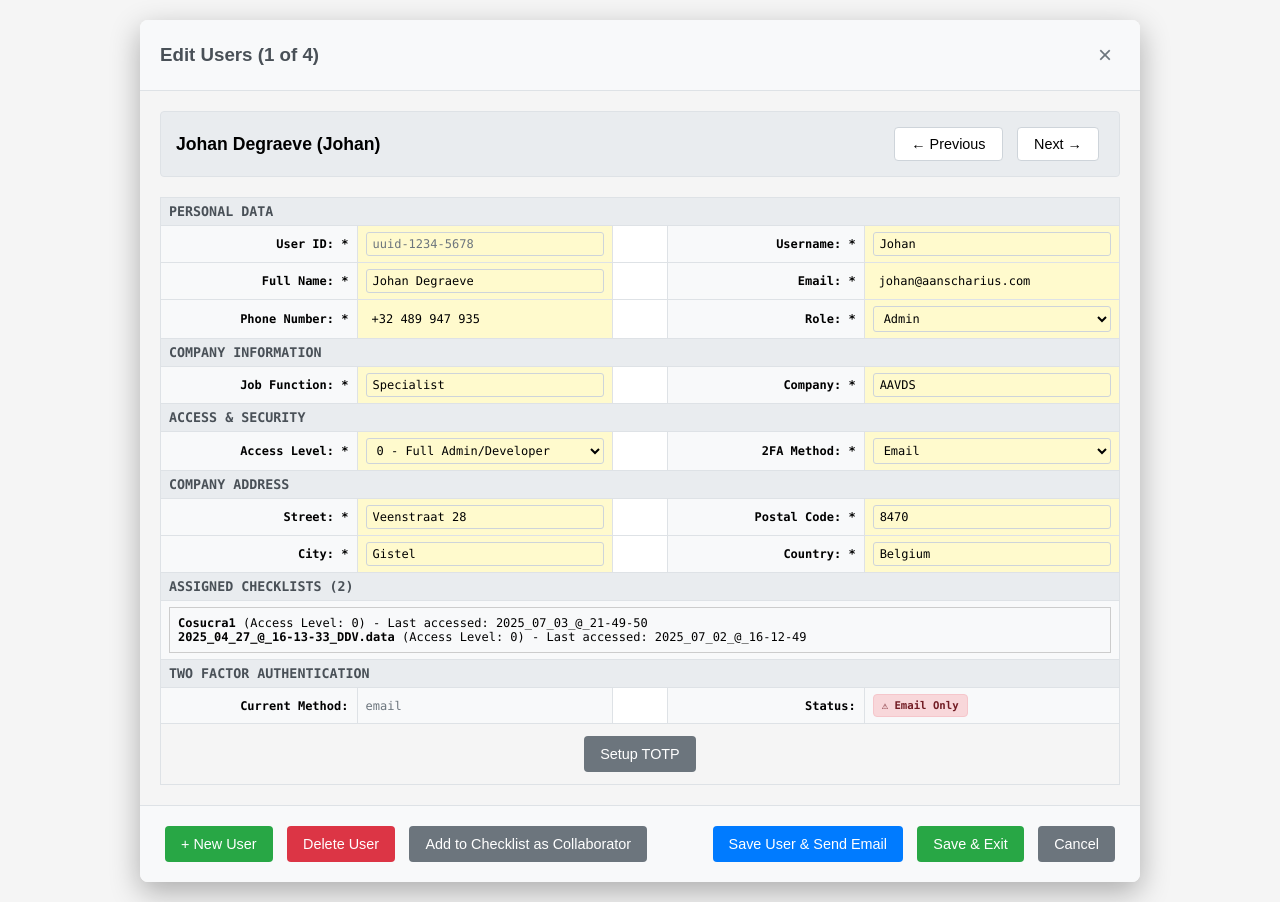
Repository: jeedee23/checklistrepo
Page: checklists/user-management-demo.html
An editor plug-in stored every save of this project. The page is shown before and after the next save, followed by the edit.
The browser window is 1280 px wide. The pictures show the whole page.

Above is the page before, as saved 2025-07-04 11:35:09.

### checklists/user-management-demo.html
<!DOCTYPE html>
<html lang="en">
<head>
    <meta charset="UTF-8">
    <meta name="viewport" content="width=device-width, initial-scale=1.0">
    <title>User Management Demo</title>
    <style>
        body {
            font-family: Arial, sans-serif;
            margin: 20px;
            background: #f5f5f5;
        }

        .modal-dialog {
            background: white;
            border-radius: 8px;
            box-shadow: 0 10px 30px rgba(0,0,0,0.3);
            width: 1000px;
            margin: 0 auto;
            overflow: hidden;
            display: flex;
            flex-direction: column;
        }

        .modal-header {
            padding: 20px;
            border-bottom: 1px solid #dee2e6;
            display: flex;
            justify-content: space-between;
            align-items: center;
            background-color: #f8f9fa;
        }

        .modal-header h3 {
            margin: 0;
            color: #495057;
        }

        .close-button {
            background: none;
            border: none;
            font-size: 1.5rem;
            cursor: pointer;
            color: #6c757d;
            padding: 0;
            width: 30px;
            height: 30px;
            display: flex;
            align-items: center;
            justify-content: center;
        }

        .modal-body {
            padding: 20px;
            background: #f5f5f5;
        }

        .user-navigation {
            margin-bottom: 20px;
            padding: 15px;
            background: #e9ecef;
            border-radius: 4px;
            border: 1px solid #dee2e6;
            display: flex;
            justify-content: space-between;
            align-items: center;
        }

        .user-navigation span {
            font-weight: bold;
            font-size: 1.1em;
        }

        .user-navigation button {
            padding: 8px 16px;
            margin: 0 5px;
            border: 1px solid #ced4da;
            border-radius: 4px;
            background: white;
            cursor: pointer;
            font-size: 0.9rem;
        }

        .form-table {
            width: 100%;
            border-collapse: collapse;
            font-family: Consolas, monospace;
            font-size: 9pt;
        }

        .form-table td {
            padding: 6px 8px;
            vertical-align: middle;
            border: 1px solid #dee2e6;
        }

        .section-header {
            font-weight: bold;
            font-size: 10pt;
            background: #e9ecef;
            text-align: left;
            padding: 10px 12px;
            color: #495057;
            border: 1px solid #dee2e6;
            border-bottom: 2px solid #adb5bd;
        }

        .label {
            width: 150px;
            font-weight: bold;
            background: #f8f9fa;
            text-align: right;
            padding-right: 12px;
            white-space: nowrap;
        }

        .input {
            width: 200px;
            padding: 4px;
            background: #FFFACD;
        }

        .input input,
        .input select {
            width: 100%;
            padding: 4px 6px;
            border: 1px solid #ced4da;
            border-radius: 3px;
            background: transparent;
            font-family: Consolas, monospace;
            font-size: 9pt;
            box-sizing: border-box;
        }

        /* Remove borders for phone and email */
        .input input[type="tel"],
        .input input[type="email"] {
            border: none;
        }

        .input input[readonly] {
            background: transparent;
            color: #6c757d;
            cursor: not-allowed;
        }

        .input-readonly {
            width: 200px;
            padding: 4px 6px;
            background: #f8f9fa;
            color: #6c757d;
            font-family: Consolas, monospace;
            font-size: 9pt;
        }

        .spacer {
            width: 30px;
            background: white;
            border: 1px solid #dee2e6;
        }

        .checklist-cell {
            padding: 8px;
            background: #f8f9fa;
        }

        .checklist-display {
            max-height: 100px;
            overflow-y: auto;
            border: 1px solid #ccc;
            padding: 8px;
            background: #f8f9fa;
            font-family: Consolas, monospace;
            font-size: 9pt;
        }

        .status-badge {
            padding: 4px 8px;
            border-radius: 4px;
            font-size: 8pt;
            font-weight: 600;
            display: inline-block;
        }

        .status-badge.active {
            background: #d4edda;
            color: #155724;
            border: 1px solid #c3e6cb;
        }

        .status-badge.inactive {
            background: #f8d7da;
            color: #721c24;
            border: 1px solid #f5c6cb;
        }

        .modal-footer {
            padding: 20px;
            border-top: 1px solid #dee2e6;
            display: flex;
            justify-content: space-between;
            background-color: #f8f9fa;
        }

        .btn {
            padding: 10px 16px;
            border: none;
            border-radius: 4px;
            cursor: pointer;
            font-size: 0.9rem;
            margin: 0 5px;
        }

        .btn-primary { background-color: #007bff; color: white; }
        .btn-success { background-color: #28a745; color: white; }
        .btn-secondary { background-color: #6c757d; color: white; }
        .btn-danger { background-color: #dc3545; color: white; }
    </style>
</head>
<body>
    <div class="modal-dialog">
        <div class="modal-header">
            <h3>Edit Users (1 of 4)</h3>
            <button class="close-button">×</button>
        </div>

        <div class="modal-body">
            <div class="user-navigation">
                <span>Johan Degraeve (Johan)</span>
                <div>
                    <button>← Previous</button>
                    <button>Next →</button>
                </div>
            </div>

            <table class="form-table">
                <!-- PERSONAL DATA Section -->
                <tr>
                    <td colspan="5" class="section-header">PERSONAL DATA</td>
                </tr>
                <tr>
                    <td class="label">User ID: *</td>
                    <td class="input"><input type="text" value="uuid-1234-5678" readonly></td>
                    <td class="spacer">&nbsp;</td>
                    <td class="label">Username: *</td>
                    <td class="input"><input type="text" value="Johan"></td>
                </tr>
                <tr>
                    <td class="label">Full Name: *</td>
                    <td class="input"><input type="text" value="Johan Degraeve"></td>
                    <td class="spacer">&nbsp;</td>
                    <td class="label">Email: *</td>
                    <td class="input"><input type="email" value="johan@aanscharius.com"></td>
                </tr>
                <tr>
                    <td class="label">Phone Number: *</td>
                    <td class="input"><input type="tel" value="+32 489 947 935"></td>
                    <td class="spacer">&nbsp;</td>
                    <td class="label">Role: *</td>
                    <td class="input">
                        <select>
                            <option>User</option>
                            <option selected>Admin</option>
                        </select>
                    </td>
                </tr>

                <!-- COMPANY INFORMATION Section -->
                <tr>
                    <td colspan="5" class="section-header">COMPANY INFORMATION</td>
                </tr>
                <tr>
                    <td class="label">Job Function: *</td>
                    <td class="input"><input type="text" value="Specialist"></td>
                    <td class="spacer">&nbsp;</td>
                    <td class="label">Company: *</td>
                    <td class="input"><input type="text" value="AAVDS"></td>
                </tr>

                <!-- ACCESS & SECURITY Section -->
                <tr>
                    <td colspan="5" class="section-header">ACCESS & SECURITY</td>
                </tr>
                <tr>
                    <td class="label">Access Level: *</td>
                    <td class="input">
                        <select>
                            <option selected>0 - Full Admin/Developer</option>
                            <option>1 - Full Admin/User Management</option>
                            <option>2 - Admin (no field/user mgmt)</option>
                        </select>
                    </td>
                    <td class="spacer">&nbsp;</td>
                    <td class="label">2FA Method: *</td>
                    <td class="input">
                        <select>
                            <option selected>Email</option>
                            <option>TOTP (Authenticator App)</option>
                            <option>None</option>
                        </select>
                    </td>
                </tr>

                <!-- COMPANY ADDRESS Section -->
                <tr>
                    <td colspan="5" class="section-header">COMPANY ADDRESS</td>
                </tr>
                <tr>
                    <td class="label">Street: *</td>
                    <td class="input"><input type="text" value="Veenstraat 28"></td>
                    <td class="spacer">&nbsp;</td>
                    <td class="label">Postal Code: *</td>
                    <td class="input"><input type="text" value="8470"></td>
                </tr>
                <tr>
                    <td class="label">City: *</td>
                    <td class="input"><input type="text" value="Gistel"></td>
                    <td class="spacer">&nbsp;</td>
                    <td class="label">Country: *</td>
                    <td class="input"><input type="text" value="Belgium"></td>
                </tr>

                <!-- ASSIGNED CHECKLISTS Section -->
                <tr>
                    <td colspan="5" class="section-header">ASSIGNED CHECKLISTS (2)</td>
                </tr>
                <tr>
                    <td colspan="5" class="checklist-cell">
                        <div class="checklist-display">
                            <div><strong>Cosucra1</strong> (Access Level: 0) - Last accessed: 2025_07_03_@_21-49-50</div>
                            <div><strong>2025_04_27_@_16-13-33_DDV.data</strong> (Access Level: 0) - Last accessed: 2025_07_02_@_16-12-49</div>
                        </div>
                    </td>
                </tr>

                <!-- TWO FACTOR AUTHENTICATION Section -->
                <tr>
                    <td colspan="5" class="section-header">TWO FACTOR AUTHENTICATION</td>
                </tr>
                <tr>
                    <td class="label">Current Method:</td>
                    <td class="input-readonly">email</td>
                    <td class="spacer">&nbsp;</td>
                    <td class="label">Status:</td>
                    <td class="input-readonly">
                        <span class="status-badge inactive">⚠ Email Only</span>
                    </td>
                </tr>
                <tr>
                    <td colspan="5" style="text-align: center; padding: 12px; border: 1px solid #dee2e6;">
                        <button class="btn btn-secondary">Setup TOTP</button>
                    </td>
                </tr>
            </table>
        </div>

        <div class="modal-footer">
            <div>
                <button class="btn btn-success">+ New User</button>
                <button class="btn btn-danger">Delete User</button>
                <button class="btn btn-secondary">Add to Checklist as Collaborator</button>
            </div>
            <div>
                <button class="btn btn-primary">Save User & Send Email</button>
                <button class="btn btn-success">Save & Exit</button>
                <button class="btn btn-secondary">Cancel</button>
            </div>
        </div>
    </div>
</body>
</html>

After the next save:
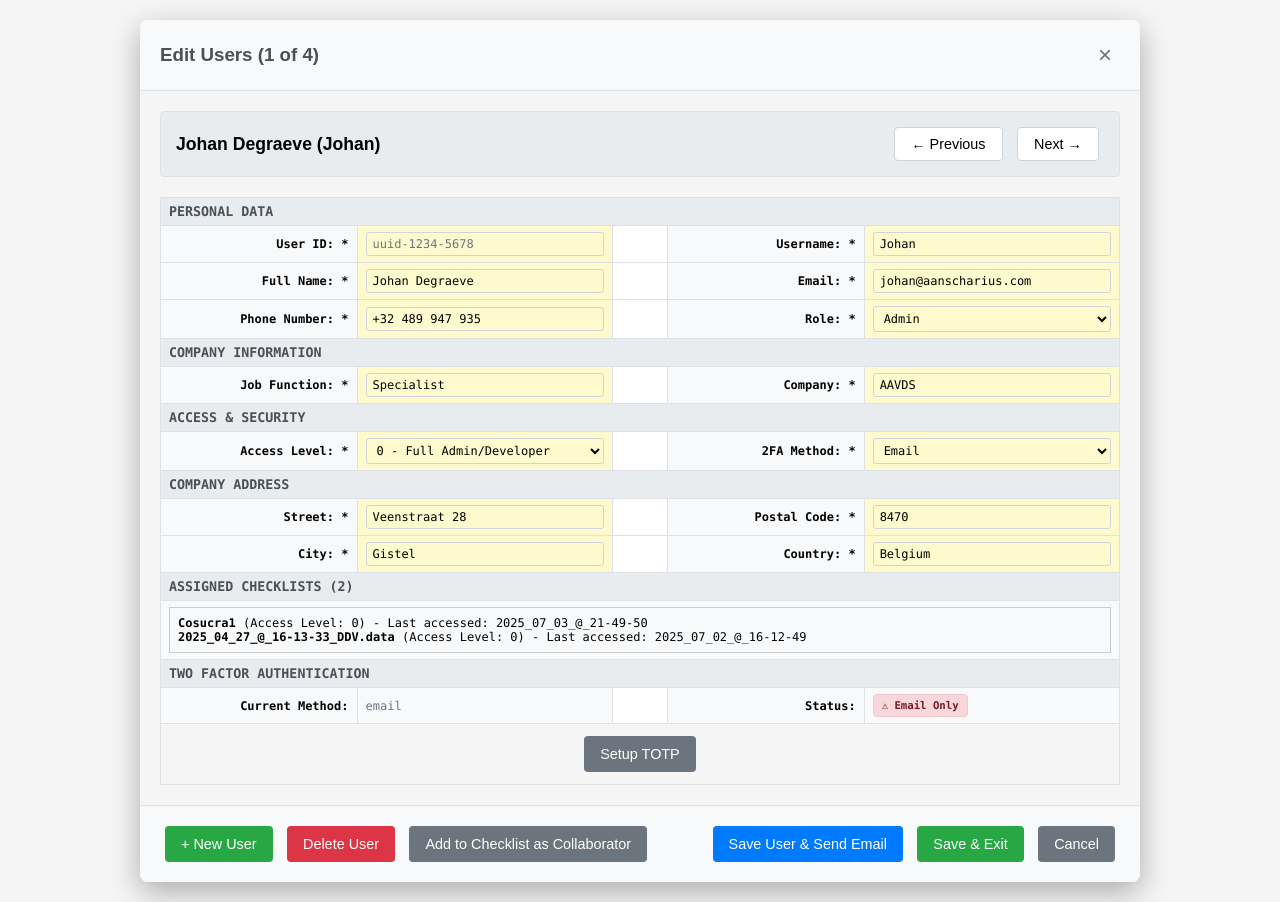
Saved 2 h 34 min later.
--- a/checklists/user-management-demo.html
+++ b/checklists/user-management-demo.html
@@ -130,12 +130,6 @@
             font-family: Consolas, monospace;
             font-size: 9pt;
             box-sizing: border-box;
-        }
-
-        /* Remove borders for phone and email */
-        .input input[type="tel"],
-        .input input[type="email"] {
-            border: none;
         }
 
         .input input[readonly] {
